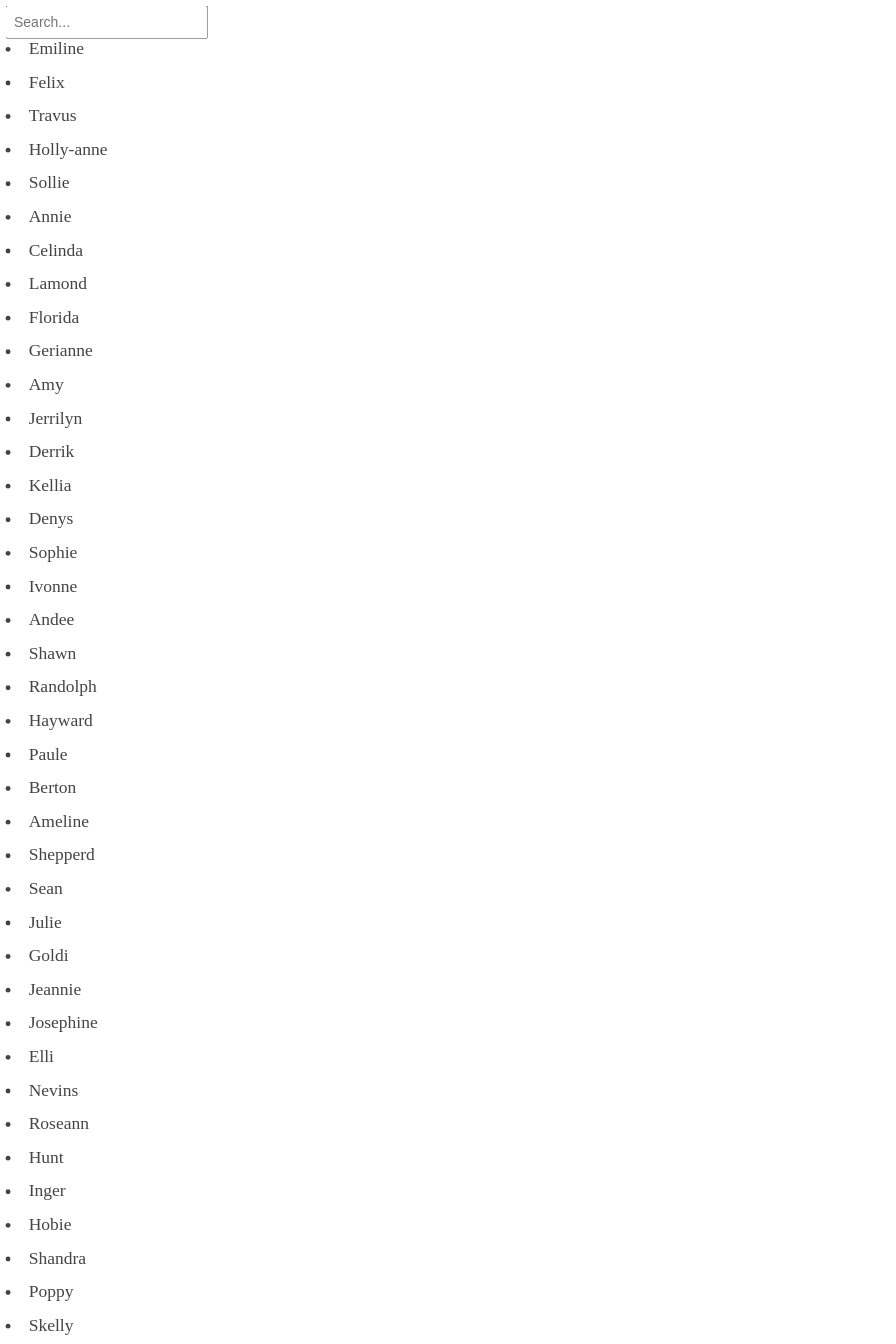
Repository: Omk1/RUStudy
Page: /
An editor plug-in stored every save of this project. The page is shown before and after the next save, followed by the edit.
The browser window is 1280 px wide. The pictures show the part of the page from y = 0 to 1920 px (the page is 48055 px tall before and 48077 px after), at 70% of full size.
Some web libraries are served in a nearby version. The project was rebuilt for these pictures with package versions that can differ from the ones it lists, and the page was loaded fresh each time.

Above is the page before, as saved 2023-10-07 21:56:59.

### src/App.js
import './App.css';
import {Users} from "./users";

function App() {
  return (
    <div className="App">
      <input type="text" placeholder="Search..." className="search" />
        {Users.map(user=>(
          <li className="listItem">{user.first_name}</li>
        ))}
    </div>
  );
}

export default App;

### src/App.css
.app {
  margin: 50px;
  display: flex;
  flex-direction: column;
  align-items: center;
  width: 900px;
  height: 300px;
}

.search {
  padding: 10px;
  font-size: 20px;
  height: fit-content;
}

.list {
  padding: 0;
  list-style: none;
  text-align: center;
}

.listItem {
  margin-bottom: 20px;
  font-size: 25px;
  color: #444;
  font-weight: 300;
}

table {
  width: 100%;
  margin: 50px 0px;
  border-spacing: 15px;
  color: #444;
}

tr {
  margin-bottom: 20px;
}

th {
  width: 250px;
  text-align: left;
  font-size: 20px;
}

td {
  width: 250px;
  font-size: 20px;
}

Loaded but not shown: public/index.html (common file); src/index.js (common file); src/users.js (library)

After the next save:
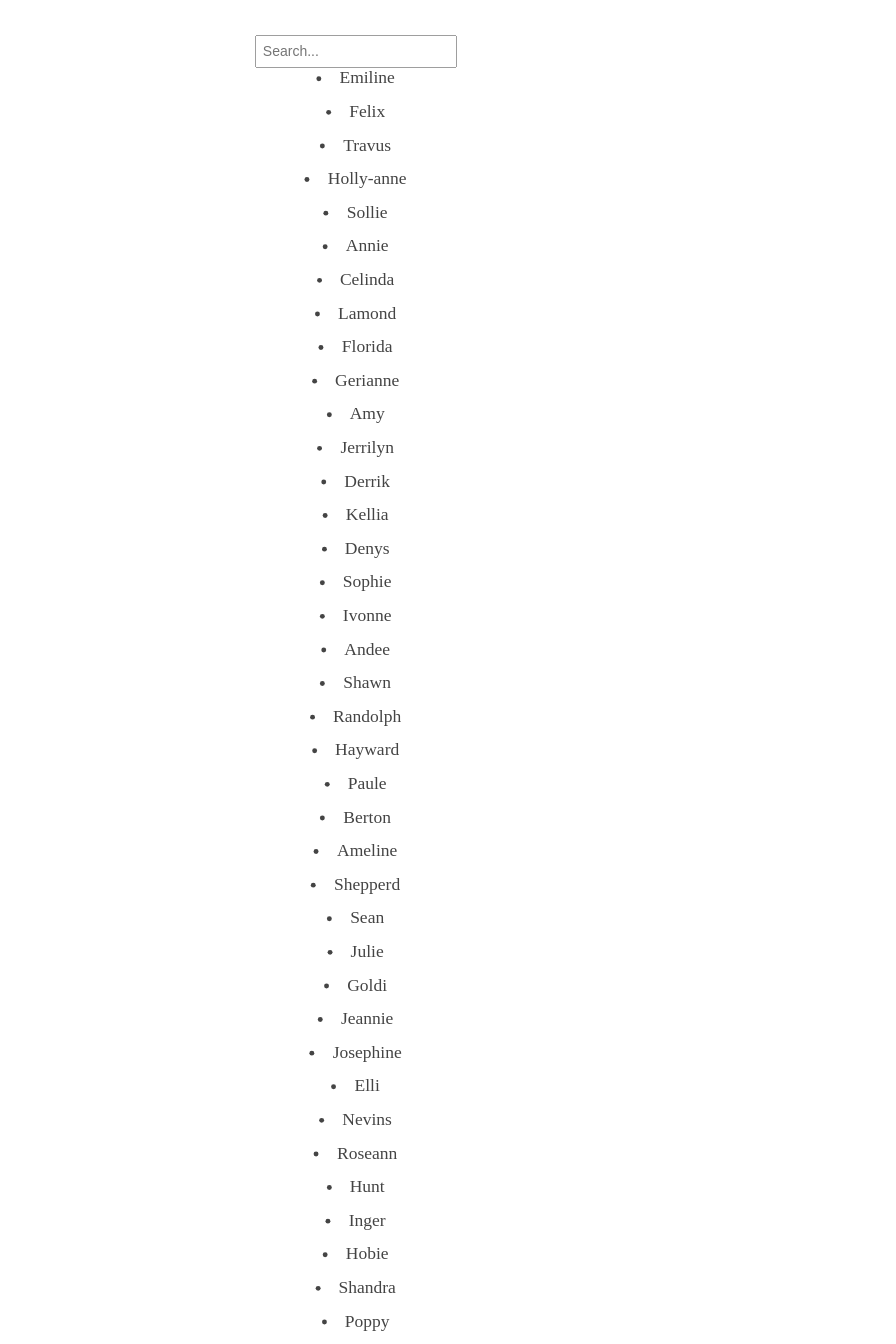
Saved 26 s later.
--- a/src/App.js
+++ b/src/App.js
@@ -3,7 +3,7 @@ import {Users} from "./users";
 
 function App() {
   return (
-    <div className="App">
+    <div className="app">
       <input type="text" placeholder="Search..." className="search" />
         {Users.map(user=>(
           <li className="listItem">{user.first_name}</li>
